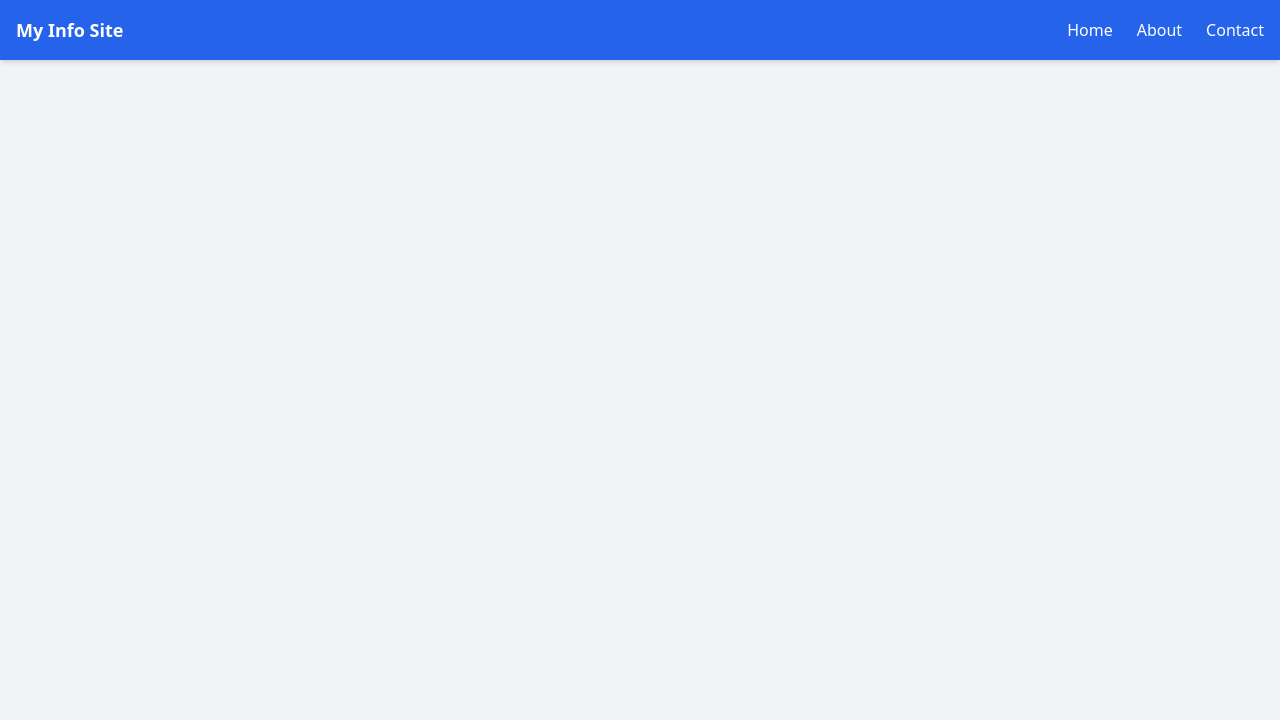
Repository: SmanSayeed/culture
Page: /
These files come from the project's save history. The page is drawn as it stood at one moment and after the next save; the edit follows.
The browser window is 1280 px wide. The pictures show the whole page.
The project was rebuilt for these pictures with package versions that can differ from the ones it lists, and the page was loaded fresh each time. The framework's server and built-in components were replaced by stand-ins that run in the browser. Also part of the build but not shown: next.config.ts, vite.config.ts.

Above is the page before, as saved 2024-10-30 14:44:41.

### src/app/layout.tsx
import type { Metadata } from "next";
import localFont from "next/font/local";
import "./globals.css";
import Layout from "@/components/Layout/Layout";

const geistSans = localFont({
  src: "./fonts/GeistVF.woff",
  variable: "--font-geist-sans",
  weight: "100 900",
});
const geistMono = localFont({
  src: "./fonts/GeistMonoVF.woff",
  variable: "--font-geist-mono",
  weight: "100 900",
});

export const metadata: Metadata = {
  title: "Create Next App",
  description: "Generated by create next app",
};

export default function RootLayout({
  children,
}: Readonly<{
  children: React.ReactNode;
}>) {
  return (
    <html lang="en">
      <body
        className={`${geistSans.variable} ${geistMono.variable} antialiased`}
      >
        <Layout>
        {children}
        </Layout>

      </body>
    </html>
  );
}

### src/components/Layout/Layout.tsx
'use client'
import React, { useState } from 'react';
import Link from 'next/link';

interface LayoutProps {
  children: React.ReactNode;
}

const Layout: React.FC<LayoutProps> = ({ children }) => {
  const [drawerOpen, setDrawerOpen] = useState(false);

  return (
    <div className="flex flex-col min-h-screen bg-gray-100 text-gray-900">
      {/* Header */}
      <header className="bg-blue-600 text-white shadow-md">
        <div className="container mx-auto px-4 py-4 flex justify-between items-center">
          <h1 className="text-lg font-semibold">My Info Site</h1>

          {/* Navigation for Desktop */}
          <nav className="hidden md:flex space-x-6">
            <Link href="/" className="hover:text-blue-300">Home</Link>
            <Link href="/about" className="hover:text-blue-300">About</Link>
            <Link href="/contact" className="hover:text-blue-300">Contact</Link>
          </nav>

          {/* Hamburger Menu for Mobile */}
          <button
            className="md:hidden text-white focus:outline-none"
            onClick={() => setDrawerOpen(true)}
          >
            <svg
              className="w-6 h-6"
              fill="none"
              stroke="currentColor"
              viewBox="0 0 24 24"
              xmlns="http://www.w3.org/2000/svg"
            >
              <path strokeLinecap="round" strokeLinejoin="round" strokeWidth={2} d="M4 6h16M4 12h16M4 18h16" />
            </svg>
          </button>
        </div>
      </header>

      {/* Side Drawer for Mobile */}
      <div
        className={`fixed inset-0 bg-gray-800 bg-opacity-50 z-10 transition-opacity ${
          drawerOpen ? 'opacity-100 pointer-events-auto' : 'opacity-0 pointer-events-none'
        }`}
        onClick={() => setDrawerOpen(false)}
      ></div>
      <div
        className={`fixed top-0 left-0 h-full bg-white w-64 z-20 transform transition-transform ${
          drawerOpen ? 'translate-x-0' : '-translate-x-full'
        }`}
      >
        <div className="flex justify-between items-center px-4 py-4 bg-blue-600 text-white">
          <h2 className="text-lg font-semibold">Menu</h2>
          <button
            className="text-white focus:outline-none"
            onClick={() => setDrawerOpen(false)}
          >
            <svg
              className="w-6 h-6"
              fill="none"
              stroke="currentColor"
              viewBox="0 0 24 24"
              xmlns="http://www.w3.org/2000/svg"
            >
              <path strokeLinecap="round" strokeLinejoin="round" strokeWidth={2} d="M6 18L18 6M6 6l12 12" />
            </svg>
          </button>
        </div>
        <nav className="flex flex-col p-4 space-y-4">
          <Link href="/" className="hover:bg-gray-100 p-2 rounded" onClick={() => setDrawerOpen(false)}>Home</Link>
          <Link href="/about" className="hover:bg-gray-100 p-2 rounded" onClick={() => setDrawerOpen(false)}>About</Link>
          <Link href="/contact" className="hover:bg-gray-100 p-2 rounded" onClick={() => setDrawerOpen(false)}>Contact</Link>
        </nav>
      </div>

      {/* Main Content */}
      <main className="flex-grow container mx-auto px-4 py-8">{children}</main>

    </div>
  );
};

export default Layout;

### src/components/Layout/Footer.tsx
import React from 'react'

type Props = {}

export default function Footer({}: Props) {
  return (
    <>
      {/* Footer */}
      <footer className="bg-blue-600 text-white py-4 text-center">
        <p>&copy; {new Date().getFullYear()} My Info Site</p>
      </footer>
    </>
  )
}

Loaded but not shown: src/app/page.tsx (common file); src/app/globals.css (common file); tailwind.config.ts (common file)

After the next save:
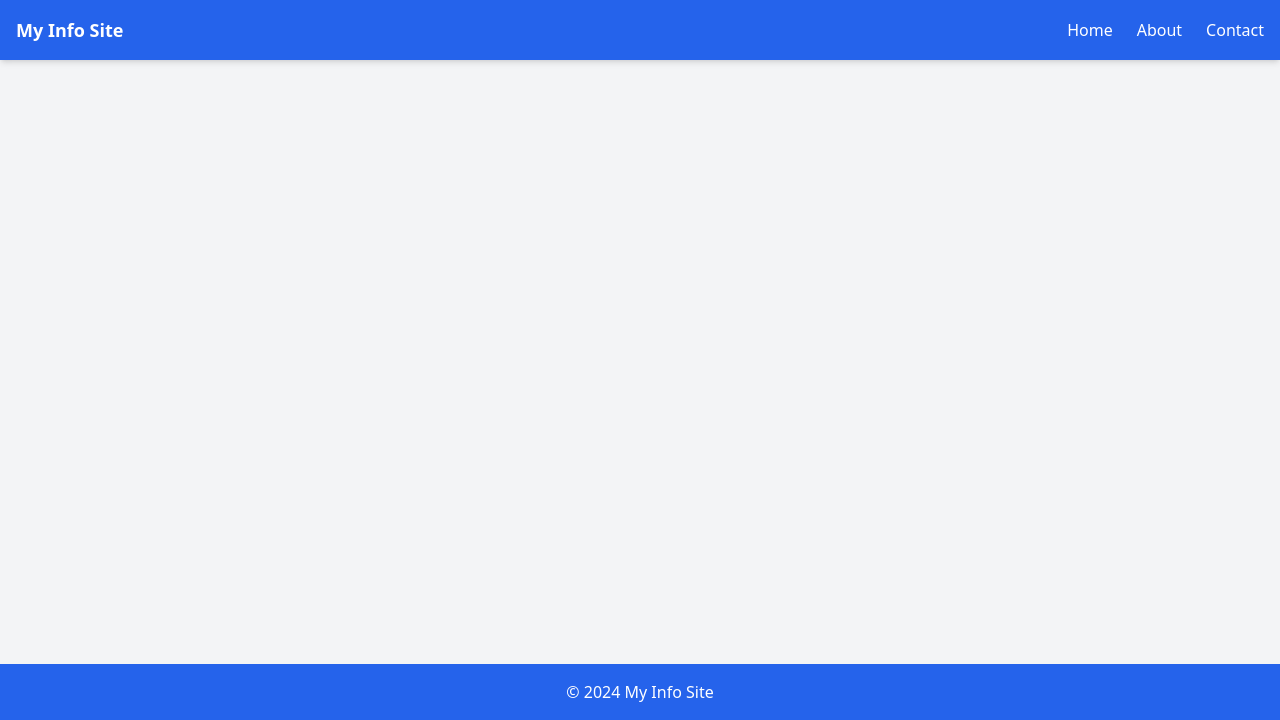
Saved 12 s later.
--- a/src/components/Layout/Layout.tsx
+++ b/src/components/Layout/Layout.tsx
@@ -1,6 +1,7 @@
 'use client'
 import React, { useState } from 'react';
 import Link from 'next/link';
+import Footer from './Footer';
 
 interface LayoutProps {
   children: React.ReactNode;
@@ -79,7 +80,7 @@ const Layout: React.FC<LayoutProps> = ({ children }) => {
 
       {/* Main Content */}
       <main className="flex-grow container mx-auto px-4 py-8">{children}</main>
-
+<Footer/>
     </div>
   );
 };
